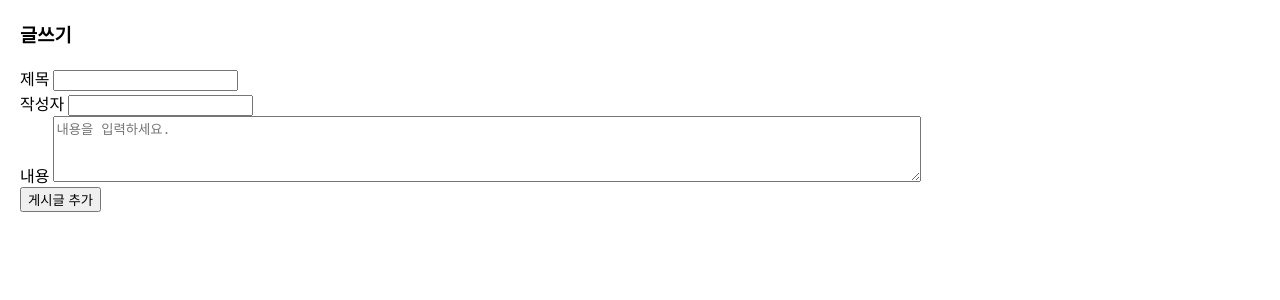
Repository: anydevil0812/board_subject
Page: http://localhost/board/write.jsp
An editor plug-in stored every save of this project. The page is shown before and after the next save, followed by the edit.
The browser window is 1280 px wide. The pictures show the whole page.
The page is served by Tomcat 9. Other server files are loaded and not shown.

Above is the page before, as saved 2024-10-25 05:41:00.

### board/src/main/webapp/write.jsp
<%@ page contentType="text/html;charset=UTF-8" language="java" %>
<%@ taglib uri="http://java.sun.com/jsp/jstl/core" prefix="c"%>
<%@ page import="java.util.List" %>
<html>
<head>
    <title>Subject1-3</title>
    <link rel="stylesheet" href="./css/1.css"/>
</head>
<body>
    <div class="write-container">
       <h3>글쓰기</h3>
       <form action="addPost" method="post">
       	 <div class="post-title">
       	 	<label>제목</label>
         	<label><input type="text" class="title" required /></label>
       	 </div>
       	 <div class="post-writer">
         	<label>작성자</label>
         	<label><input type="text" class="username" required /></label>
         </div>
       	 <div class="post-content">
       	 	<label>내용</label>
         	<label><textarea class="content" placeholder="내용을 입력하세요." rows="4" required></textarea></label>
       	 </div>
         <input type="submit" value="게시글 추가" id="post-button"/>
       </form>
    </div>
</body>
</html>

### board/src/main/webapp/css/1.css
body {
    margin: 20px;
}

.content {
    width: 70%;
    margin: 0 auto;
}

.board-title {
	background-color: yellow;
	border: 2px solid #f6a74c;
}

.board-title dl {
    display: flex;
}

.board-title dt {
    text-align: center;
}

.board-list {
	background-color: #f2feb3;
	border: 2px solid #f6a74c;
	border-top: none;
}

.forward {
    border: 1px solid #ccc;
    margin: 10px 0;
    padding: 10px;
}

#number, #views, #writer {
	width: 10%;
}

#title {
	width: 45%;
}

#date {
	width: 20%
}



.form-container {
	margin-top: 20px;
    float: right;
}

After the next save:
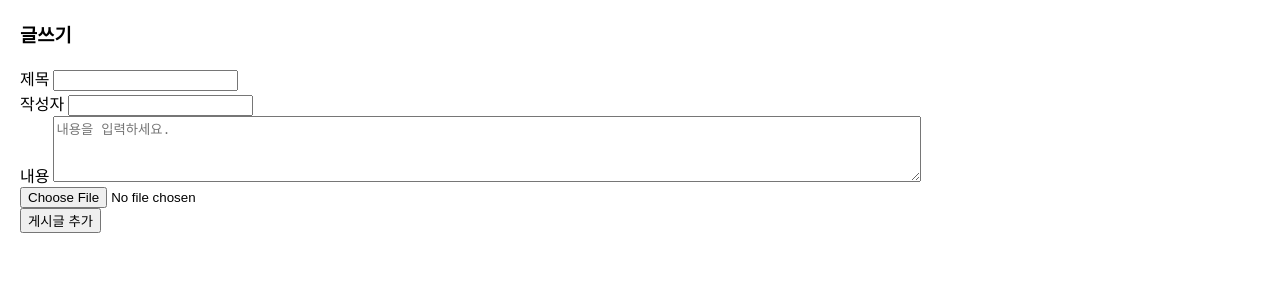
Saved 36 min 5 s later.
--- a/board/src/main/webapp/write.jsp
+++ b/board/src/main/webapp/write.jsp
@@ -22,6 +22,7 @@
        	 	<label>내용</label>
          	<label><textarea class="content" placeholder="내용을 입력하세요." rows="4" required></textarea></label>
        	 </div>
+       	 <div><input type="file" id="upload" /></div>
          <input type="submit" value="게시글 추가" id="post-button"/>
        </form>
     </div>
